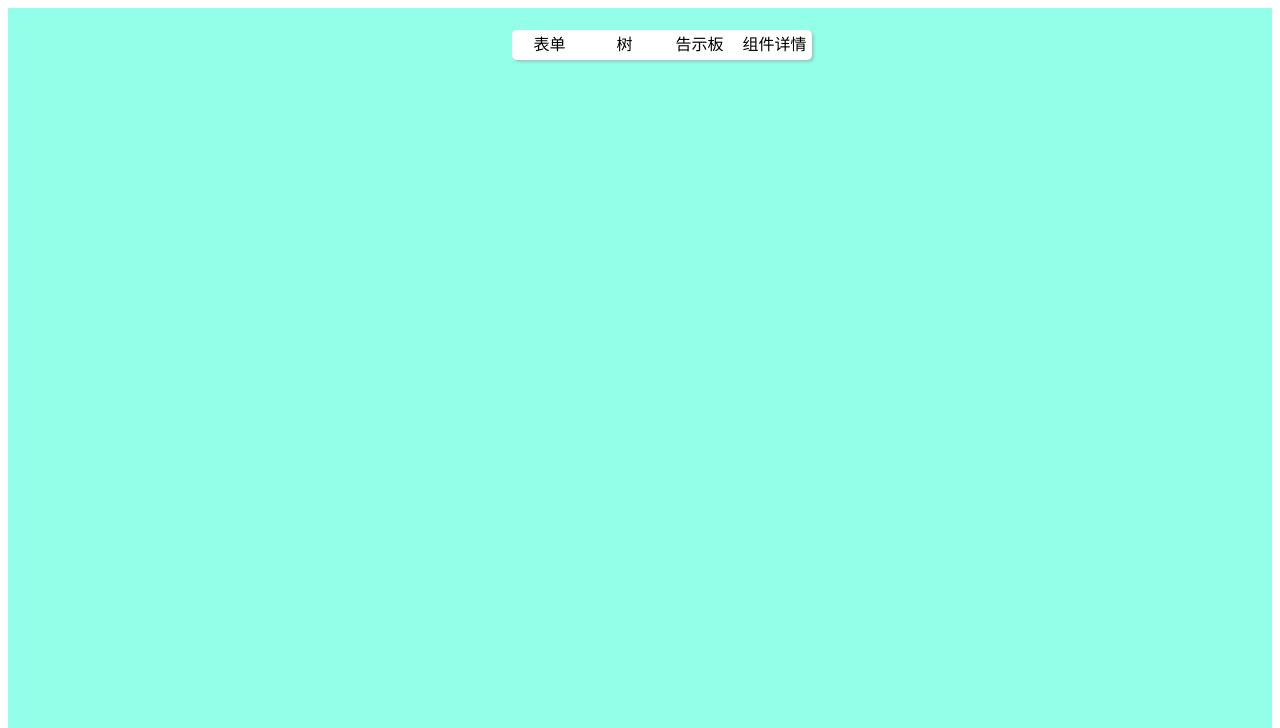
Repository: lxl0302/ClassBegin_-sound_code
Page: /#/tree
These files come from the project's save history. The page is drawn as it stood at one moment and after the next save; the edit follows.
The browser window is 1280 px wide. The pictures show the whole page.
The project was rebuilt for these pictures with package versions that can differ from the ones it lists, and the page was loaded fresh each time.

Above is the page before, as saved 2020-07-08 16:37:11.

### src/main.js
import Vue from 'vue'
import App from './App.vue'
import create from './utils/create'
import router from './router/index'

Vue.config.productionTip = false

Vue.prototype.$create =create

new Vue({
  router,
  render: h => h(App),
}).$mount('#app')

### src/App.vue
<template>
  <div id="app">
    <HelloWorld />
  </div>
</template>

<script>
import HelloWorld from './views/index'

export default {
  name: 'App',
  components: {
    HelloWorld
  }
}
</script>

<style>
  html,body{
    height: 100%;
  }
  #app {
    height: 100%;
  }
</style>

### src/utils/create.js
import Vue from 'vue';

export default function create(Component, props) {
  // 先创建实例
  const vm = new Vue({
    render(h) {
      // h就是createElement, 它返回VNode
      return h(Component, {props})
    }
  }).$mount();
  // 手动挂在dom 创建实例后 会有与实例对应的实体dom
  document.body.appendChild(vm.$el)
  // 销毁方法
  const comp = vm.$children[0];
  comp.remove = function() {
    document.body.removeChild(vm.$el); // 移除实体dom
    vm.$destroy() // 销毁实例
  }
  return comp
}

### src/router/index.js
import Vue from 'vue'
import VueRouter from 'vue-router'

// 1.安装插件
Vue.use(VueRouter)

// 2.创建vue-router实例
const router = new VueRouter({
  // 配置映射
  routes: []
})

// 3.导出
export default router

### src/views/index.vue
<template>
  <div class="zong">
    <div class="toolbar">
      <span>表单</span>
      <span>树</span>
      <span>告示板</span>
      <span>组件详情</span>
    </div>
  </div>
</template>

<script>
  export default {
    name: '',
    components: {},
    data() {
      return {}
    },
    computed: {},
    mounted() {},
    methods: {}
  }
</script>
<style scoped>
  div {
    /*早期浏览器*/
    user-select: none;
  }

  .zong {
    width: 100%;
    height: 100%;
    background-color: rgba(0, 255, 200, 0.418);
  }

  .toolbar {
    position: absolute;
    top: 30px;
    left: 40%;
    width: 300px;
    height: 30px;
    border-radius: 5px;
    background-color: white;
    box-shadow: 2px 2px 3px rgba(128, 128, 128, 0.377);
    /* 设置元素两端对齐 */
    text-align: justify;
  }

  .toolbar::after {
    content: '';
    display: inline-block;
    overflow: hidden;
    width: 100%;
  }

  .toolbar span {
    width: 25%;
    /* 设置盒子为行内块 */
    display: inline-block;
    /* background-color: skyblue; */
    /* 设置盒子内元素水平居中 */
    text-align: center;
    /* 设置盒子内容垂直居中 */
    line-height: 30px;
  }

  .toolbar span:hover {
    font-size: 16px;
    color: rgb(47, 206, 255);
  }
</style>

Loaded but not shown: public/index.html (common file)

After the next save:
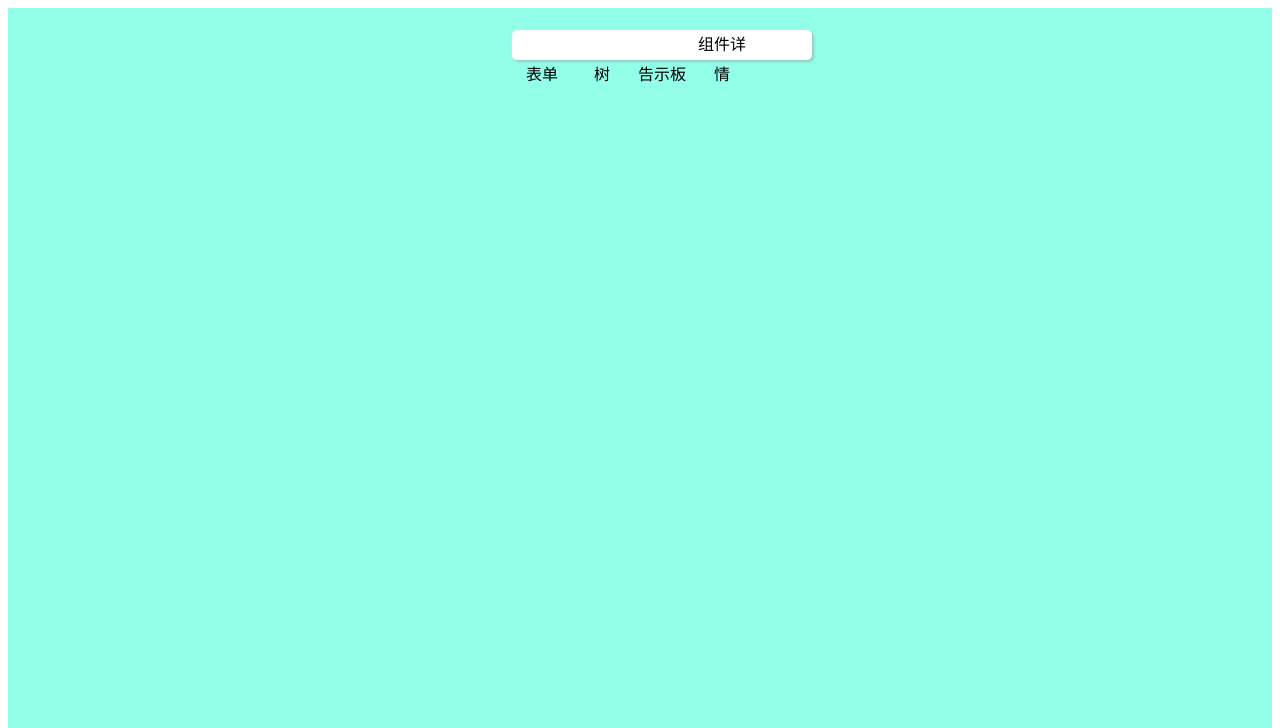
Saved 27 s later.
--- a/src/views/index.vue
+++ b/src/views/index.vue
@@ -54,7 +54,7 @@
   }
 
   .toolbar span {
-    width: 25%;
+    width: 20%;
     /* 设置盒子为行内块 */
     display: inline-block;
     /* background-color: skyblue; */

After the save that followed:
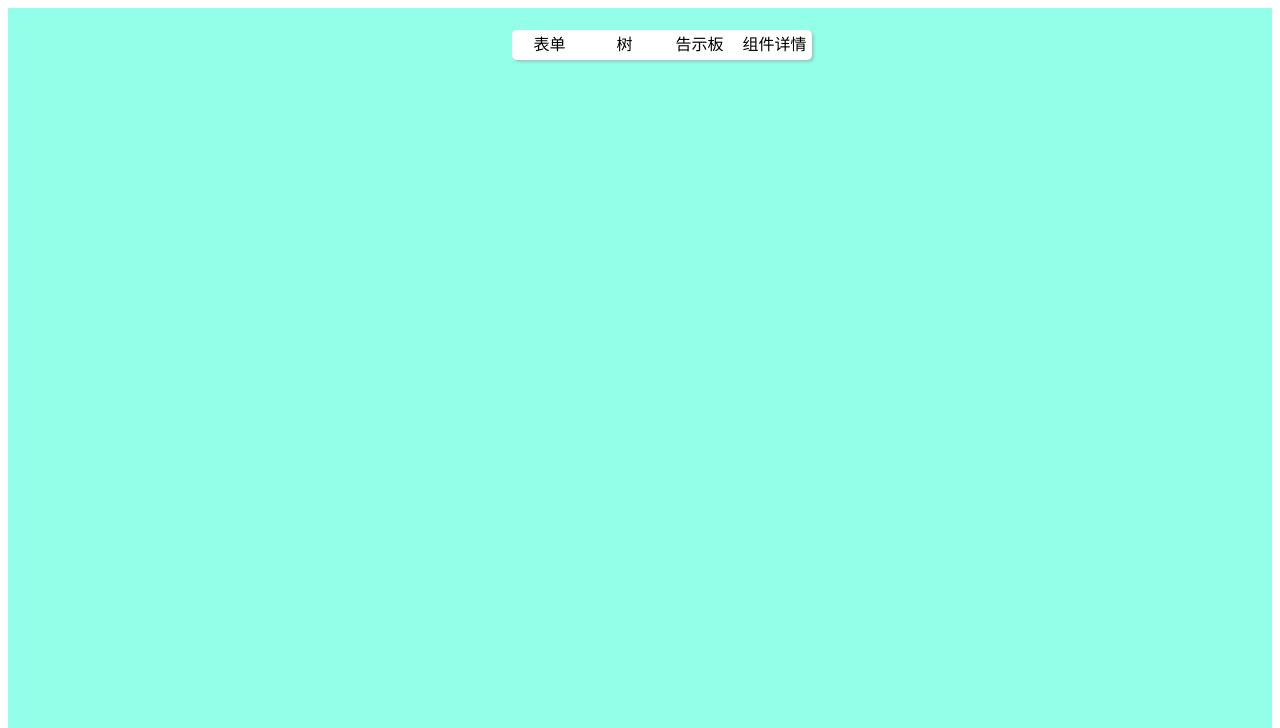
Saved 5 s later.
--- a/src/views/index.vue
+++ b/src/views/index.vue
@@ -54,7 +54,7 @@
   }
 
   .toolbar span {
-    width: 20%;
+    width: 25%;
     /* 设置盒子为行内块 */
     display: inline-block;
     /* background-color: skyblue; */
